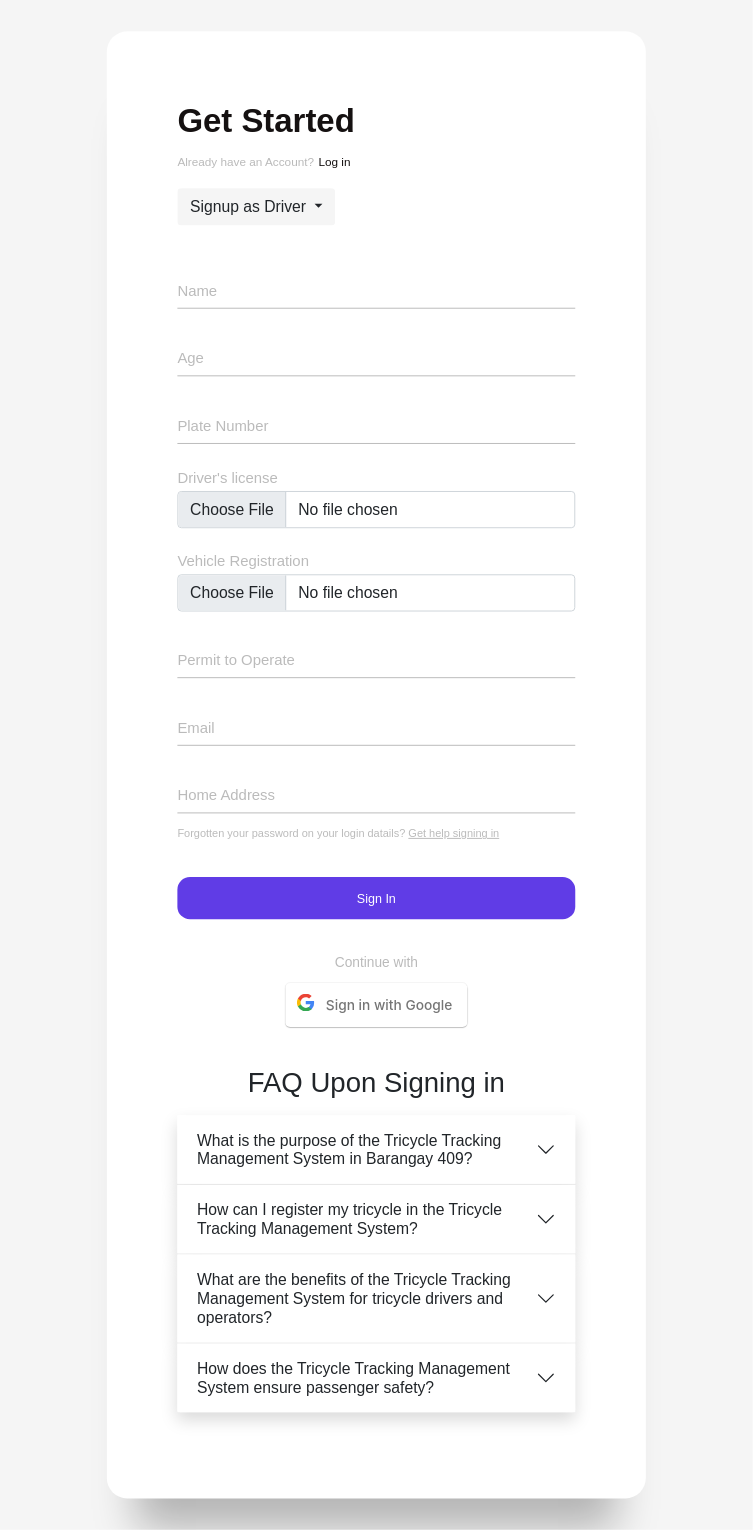
Repository: adrcstro/plate-to-place
Page: http://localhost/Loginsystem/Driverlogin.php
An editor plug-in stored every save of this project. The page is shown before and after the next save, followed by the edit.
The browser window is 768 px wide. The pictures show the whole page, at 98% of full size.
Some web fonts or font styles are not loaded; a fallback is used. Some web libraries are served in a nearby version. The page is run by PHP 8.4 with error messages shown; the project is at /var/www/html/.

Above is the page before, as saved 2023-10-31 15:50:14.

After the next save:
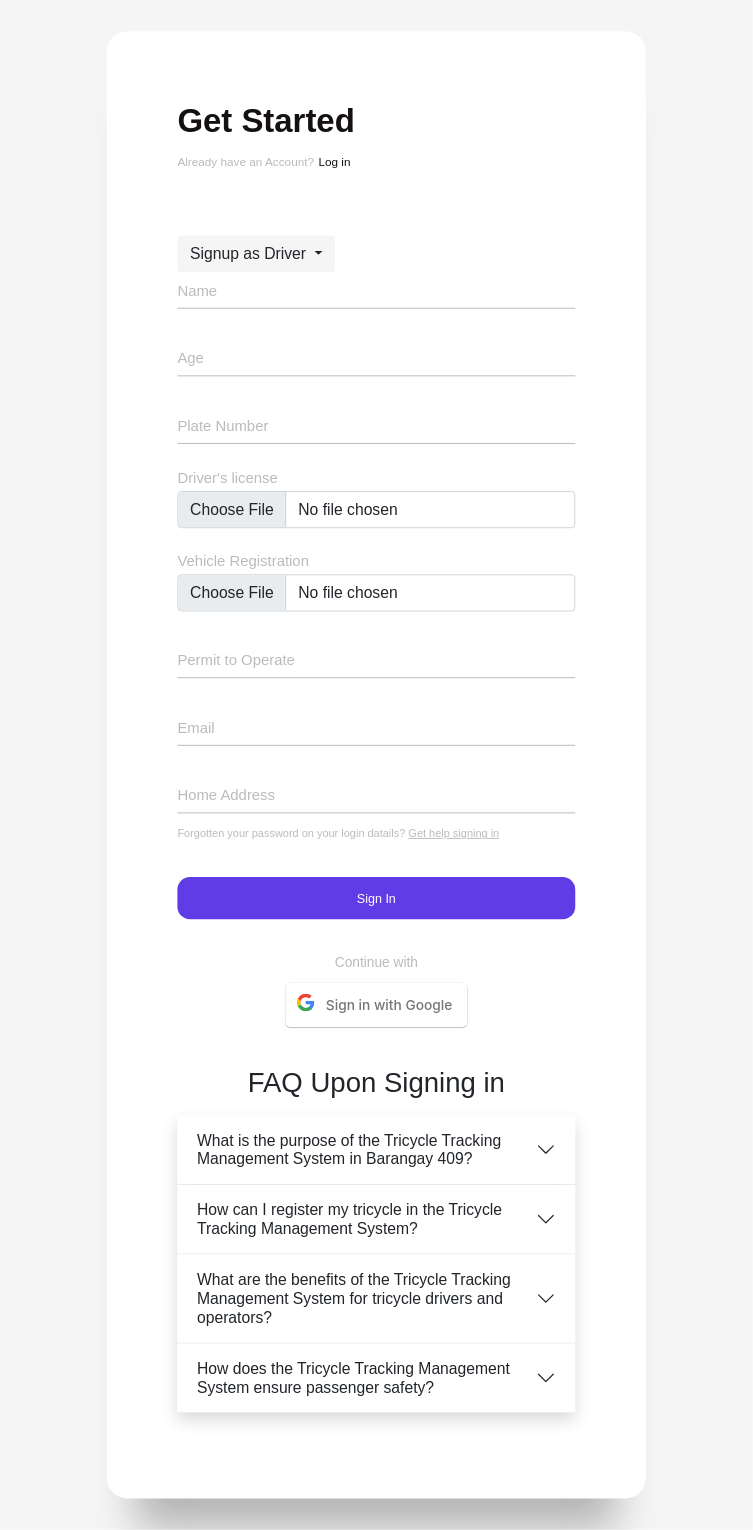
Saved 117 s later.
--- a/Loginsystem/driver.css
+++ b/Loginsystem/driver.css
@@ -498,7 +498,10 @@ margin-top: 2rem;
 .formsignin{
   margin-top: 1rem;
 }
-
+.dropdown{
+  position: relative; /* or any other position value that suits your layout */
+  top: 3rem;
+}
 
 }
 
